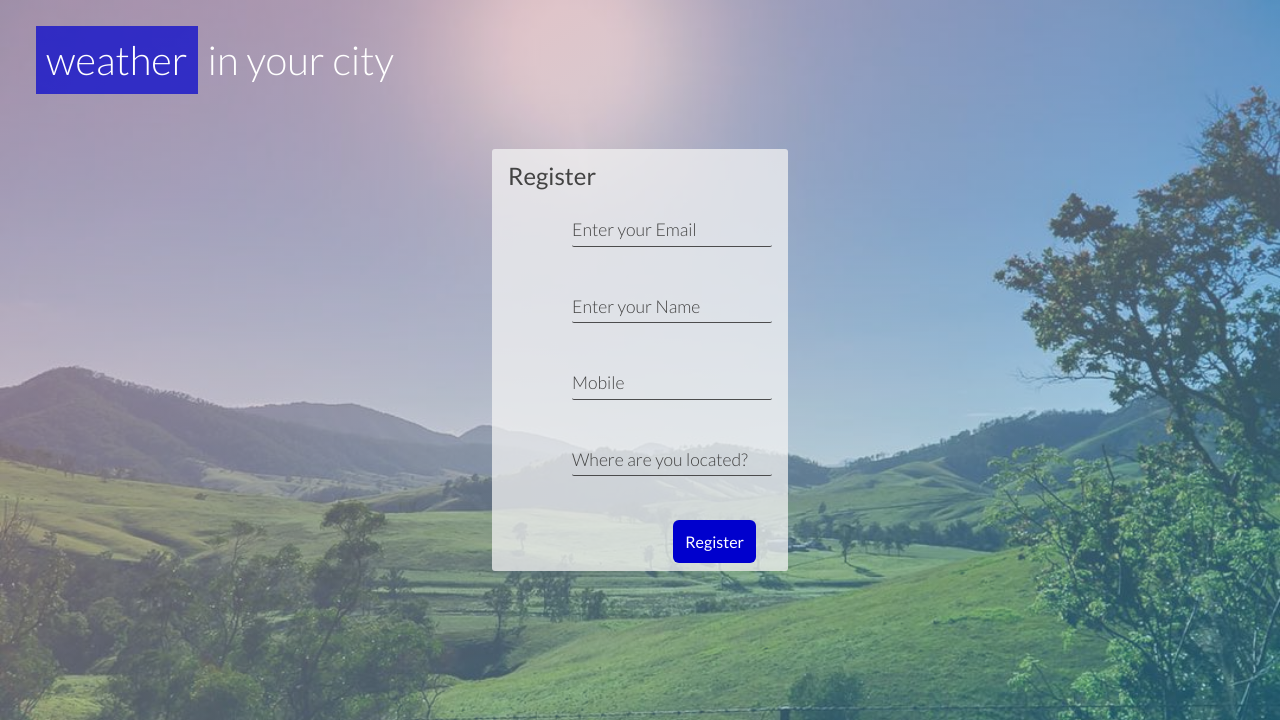
Repository: nosplashurinal/weather-app
Page: /
An editor plug-in stored every save of this project. The page is shown before and after the next save, followed by the edit.
The browser window is 1280 px wide. The pictures show the whole page.
The project was rebuilt for these pictures with package versions that can differ from the ones it lists, and the page was loaded fresh each time. Also part of the build but not shown: src/components/RecentSearches.vue, src/components/Search.vue, src/components/WeatherDataBlock.vue, src/components/Login.vue.

Above is the page before, as saved 2018-12-31 18:21:45.

After the next save:
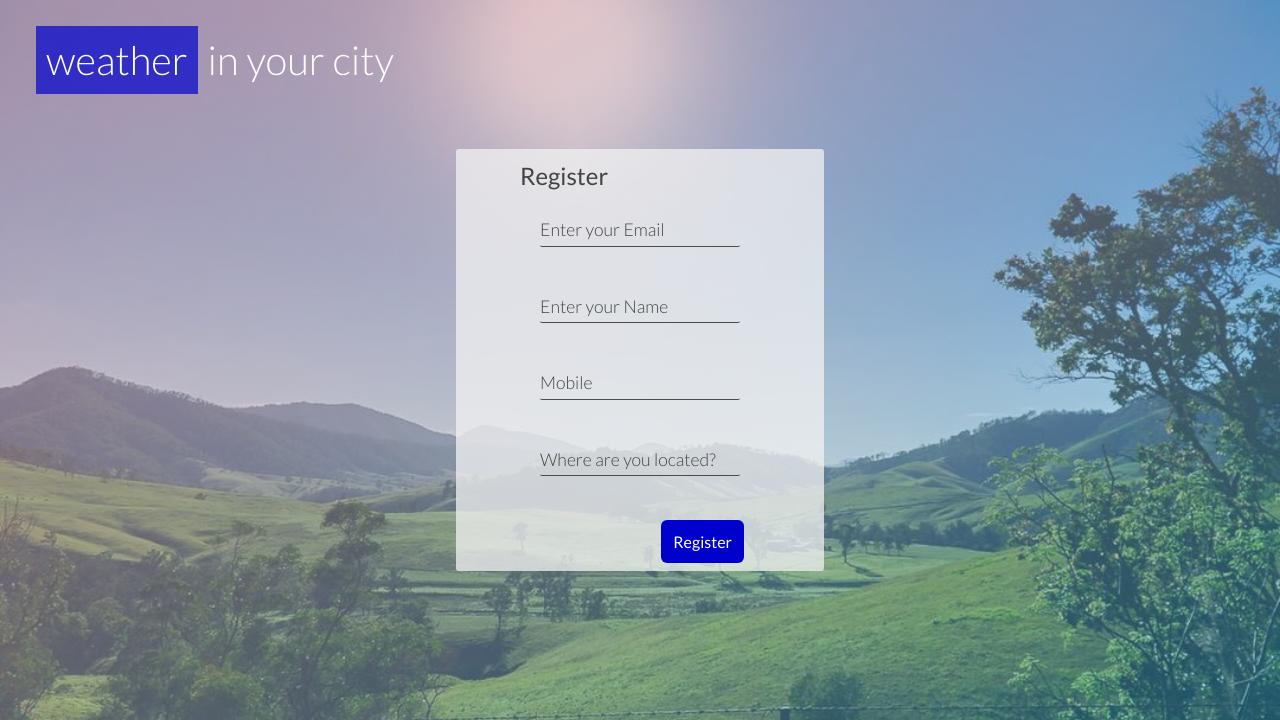
Saved 10 s later.
--- a/src/styles/registration.scss
+++ b/src/styles/registration.scss
@@ -8,7 +8,7 @@
   background: rgba(#f2f2f2, 0.75);
   border-radius: 3px;
   font-family: "Lato", sans-serif;
-  padding: 0 1em;
+  padding: 0 4em;
   p {
     color: #434343;
     position: relative;
@@ -18,7 +18,7 @@
   }
   .fields-container {
     position: relative;
-    padding-left: 4em;
+    padding: 0 1.25em;
     ::-webkit-input-placeholder { /* Chrome/Opera/Safari */
       color: #434343;
     }
